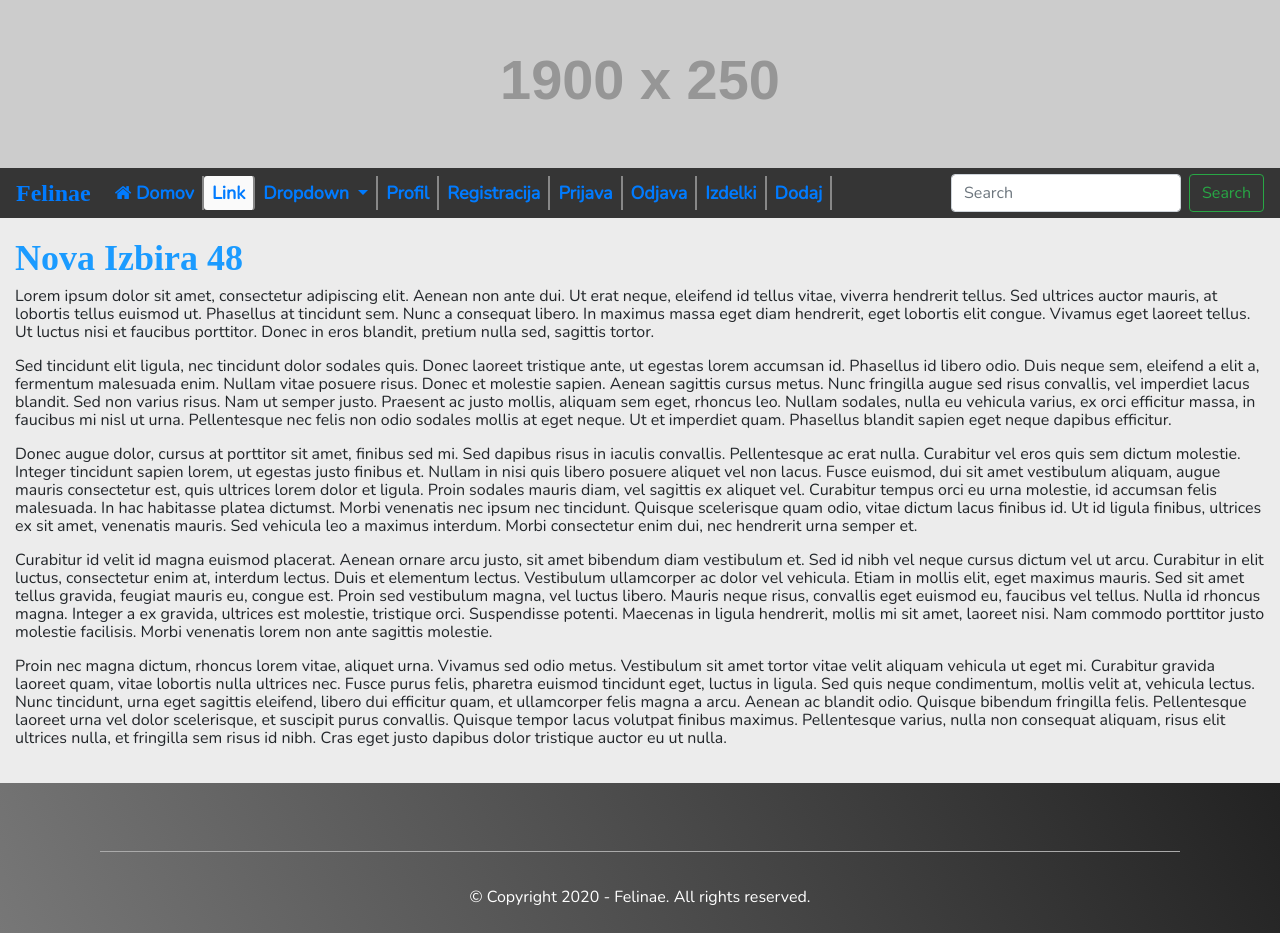
Repository: UrbyK/Felinae
Page: http://localhost/index.php?page=home
These files come from the project's save history. The page is drawn as it stood at one moment and after the next save; the edit follows.
The browser window is 1280 px wide. The pictures show the whole page.
Some web fonts or font styles are not loaded; a fallback is used. The page is run by PHP 8.4 with error messages shown; the project is at /var/www/html/.

Above is the page before, as saved 2020-08-29 18:29:14.

After the next save:
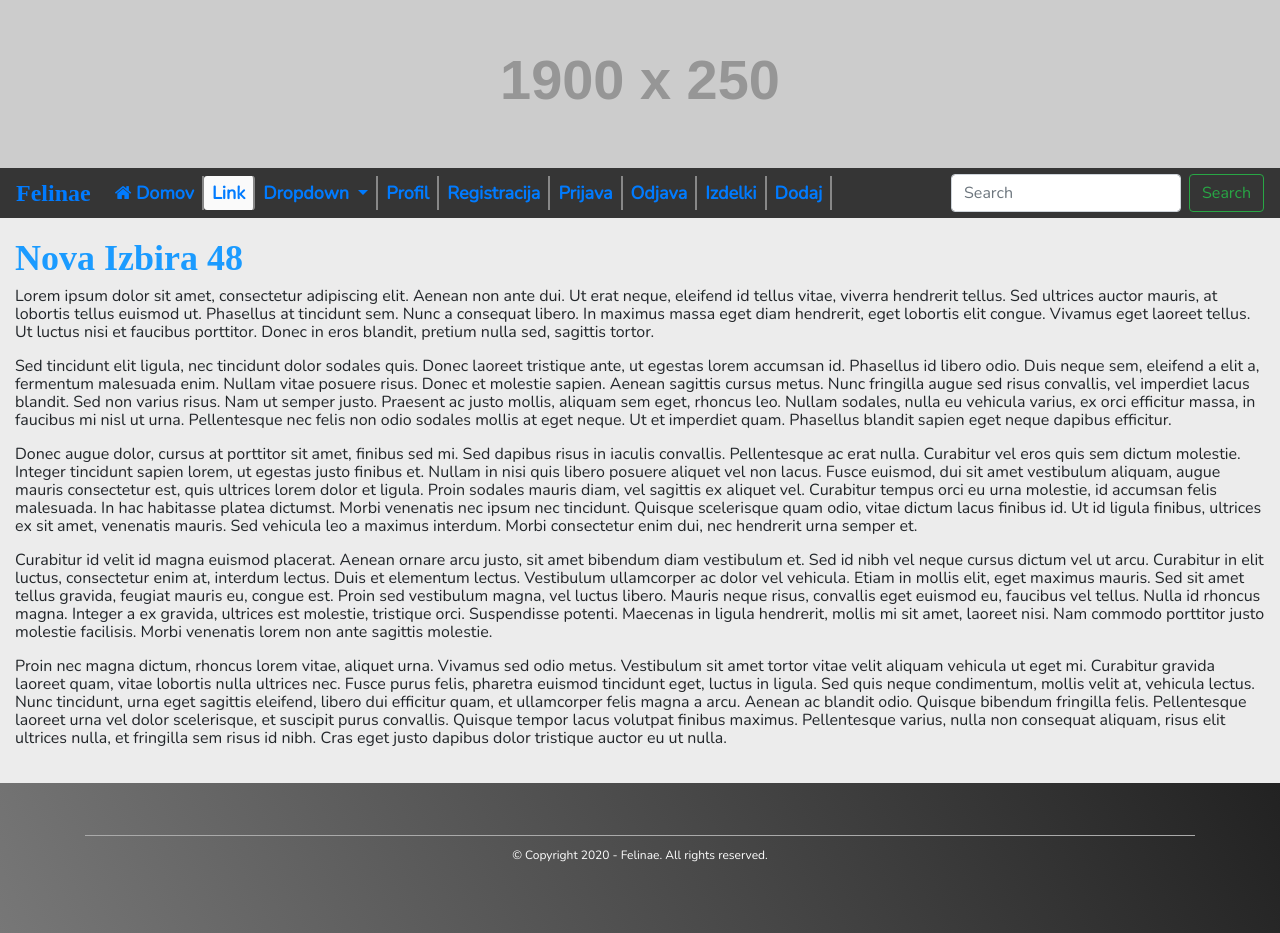
Saved 32 s later.
--- a/footer.php
+++ b/footer.php
@@ -5,9 +5,8 @@
                 <div class="container container-footer">
                     <div class="row">
 
+                        <div class="col-12 copy">
 
-                        <div class="col-12">
-                            <hr class="copy">
                             <p class="text-center">&copy; Copyright 2020 - Felinae.  All rights reserved.</p>
 
                         </div>
